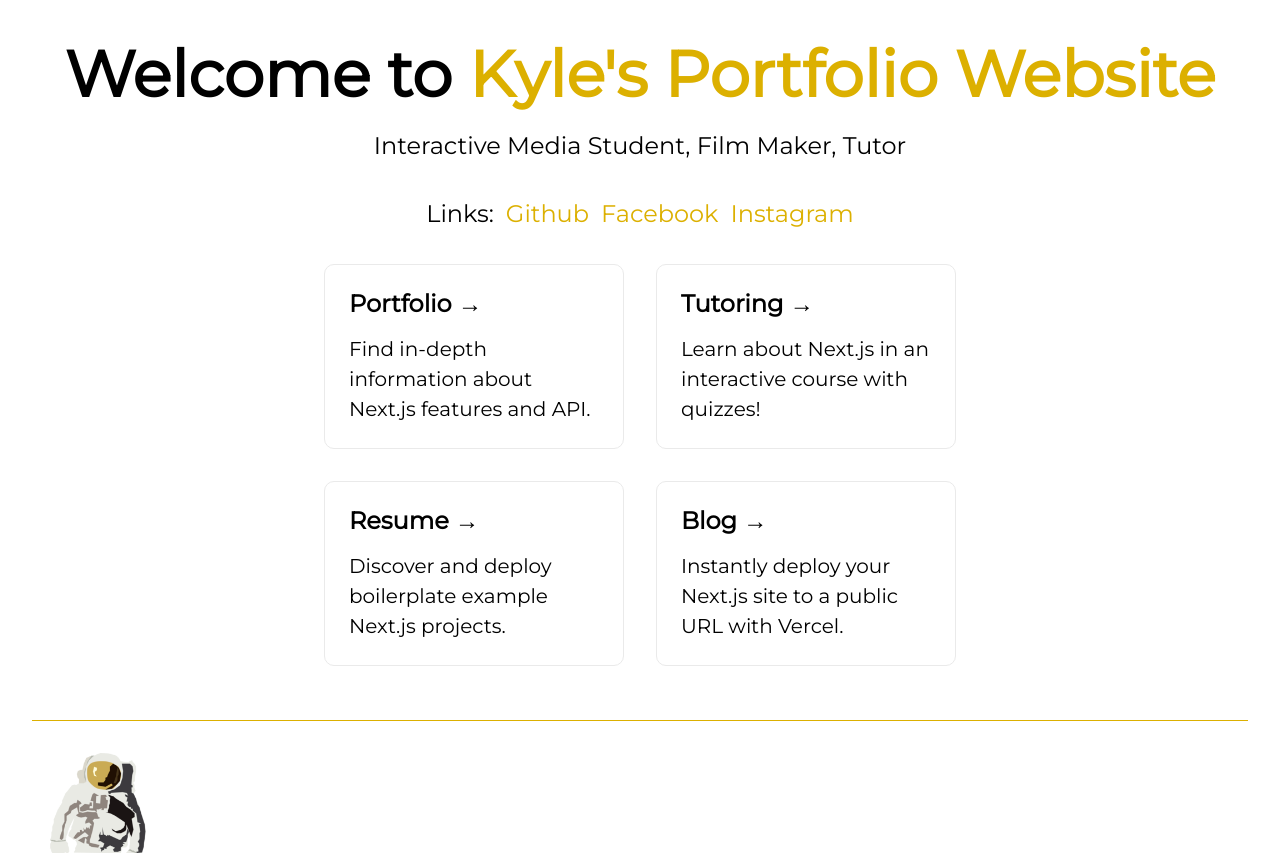
Repository: neomort/CL-portfolio-site
Page: /
The author's editor kept a copy of each file at every save. The page is drawn from the files as they stood at one save, then again after the next save.
The browser window is 1280 px wide. The pictures show the whole page.
The project was rebuilt for these pictures with package versions that can differ from the ones it lists, and the page was loaded fresh each time. The framework's server and built-in components were replaced by stand-ins that run in the browser. Also part of the build but not shown: next.config.js.

Above is the page before, as saved 2021-12-14 14:53:55.

### pages/_document.js
import Document, { Html, Head, Main, NextScript } from 'next/document'

class MyDocument extends Document {


  render() {
    return (
      <Html>
        <Head>
        <link rel="apple-touch-icon" sizes="180x180" href="/images/favicons/apple-touch-icon.png" />
        <link rel="icon" type="image/png" sizes="32x32" href="/images/favicons/favicon-32x32.png" />
        <link rel="icon" type="image/png" sizes="16x16" href="/images/favicons/favicon-16x16.png" />
        <link rel="manifest" href="/images/favicons//site.webmanifest" />
        <link rel="mask-icon" href="/safari-pinned-tab.svg" color="#5bbad5" />
        <meta name="msapplication-TileColor" content="#da532c" />
        <meta name="theme-color" content="#ffffff"></meta>

        <link href="https://fonts.googleapis.com/css2?family=Montserrat:wght@400&display=swap" rel="stylesheet"/>
        </Head>

        <body>
          <Main />
          <NextScript />
        </body>
      </Html>
    )
  }
}

export default MyDocument

### pages/index.js
import Head from 'next/head'
import Image from 'next/image'
import styles from '../styles/Home.module.css'

export default function Home() {
  return (
    <div className={styles.container}>
      <Head>
        <title>Kyle's Portfolio</title>
        <meta name="description" content="If you are reading this you are really impressive" />

      </Head>

      <main className={styles.main}>
        <h1 className={styles.title}>
          Welcome to <a href="https://kyleadams.com/">Kyle's Portfolio Website</a>
        </h1>

        <p className={styles.description}>
        Interactive Media Student, Film Maker, Tutor
        </p>

        <p className={styles.description}>
          Links:
          <a href="https://github.com/neomort">Github</a>
          <a href="https://github.com/neomort">Facebook</a>
          <a href="https://github.com/neomort">Instagram</a>
          {/* <code className={styles.code}>this is code</code> */}
        </p>

        <div className={styles.grid}>
          <a href="https://nextjs.org/docs" className={styles.card}>
            <h2>Portfolio &rarr;</h2>
            <p>Find in-depth information about Next.js features and API.</p>
          </a>

          <a href="https://nextjs.org/learn" className={styles.card}>
            <h2>Tutoring &rarr;</h2>
            <p>Learn about Next.js in an interactive course with quizzes!</p>
          </a>

          <a
            href="https://github.com/vercel/next.js/tree/master/examples"
            className={styles.card}
          >
            <h2>Resume &rarr;</h2>
            <p>Discover and deploy boilerplate example Next.js projects.</p>
          </a>

          <a
            href="https://vercel.com/new?utm_source=create-next-app&utm_medium=default-template&utm_campaign=create-next-app"
            className={styles.card}
          >
            <h2>Blog &rarr;</h2>
            <p>
              Instantly deploy your Next.js site to a public URL with Vercel.
            </p>
          </a>
        </div>
      </main>

      <footer className={styles.footer}>
        <a
          href="https://kyleadams.com/"
          target="_blank"
          rel="noopener noreferrer"
        >

          <span className={styles.logo}>
            <Image src="/images/favicons/apple-touch-icon.png" alt="Spaceman" width={100} height={100} />
          </span>
        </a>
      </footer>
    </div>
  )
}

### styles/globals.css
html,
body {
  padding: 0;
  margin: 0;
  font-family: 'Montserrat', sans-serif;
}

a {
  color: inherit;
  text-decoration: none;
}

* {
  box-sizing: border-box;
}

### styles/Home.module.css
.container {
  padding: 0 2rem;
}

.main {
  min-height: 100vh;
  padding: 2rem 0;
  flex: 1;
  display: flex;
  flex-direction: column;
  justify-content: center;
  align-items: center;
}

.footer {
  display: flex;
  flex: 1;
  padding: 2rem 0;
  border-top: 1px solid #dcb000;
  justify-content: left;
  align-items: center;
}

.footer a {
  display: flex;
  justify-content: left;
  align-items: center;
  flex-grow: 1;
}

.title a {
  color: #dcb000;
  text-decoration: none;
}

.title a:hover,
.title a:focus,
.title a:active {
  text-decoration: underline;
}

.title {
  margin: 0;
  line-height: 1.15;
  font-size: 4rem;
}

.title,
.description {
  text-align: center;
}

.description {
  margin: 1rem 0;
  line-height: 1.5;
  font-size: 1.5rem;
}

.description a{
  padding-left: 0.75rem;
  color: #dcb000;
  text-decoration: none;
}

.code {
  background: #fafafa;
  border-radius: 5px;
  padding: 0.75rem;
  font-size: 1.1rem;
  font-family: Menlo, Monaco, Lucida Console, Liberation Mono, DejaVu Sans Mono,
    Bitstream Vera Sans Mono, Courier New, monospace;
}

.grid {
  display: flex;
  align-items: center;
  justify-content: center;
  flex-wrap: wrap;
  max-width: 800px;
}

.card {
  margin: 1rem;
  padding: 1.5rem;
  text-align: left;
  color: inherit;
  text-decoration: none;
  border: 1px solid #eaeaea;
  border-radius: 10px;
  transition: color 0.15s ease, border-color 0.15s ease;
  max-width: 300px;
}

.card:hover,
.card:focus,
.card:active {
  color: #0070f3;
  border-color: #0070f3;
}

.card h2 {
  margin: 0 0 1rem 0;
  font-size: 1.5rem;
}

.card p {
  margin: 0;
  font-size: 1.25rem;
  line-height: 1.5;
}

.logo {
  height: 2em;
  margin-left: 1rem;
}

@media (max-width: 600px) {
  .grid {
    width: 100%;
    flex-direction: column;
  }
}

Loaded but not shown: pages/_app.js (common file)

After the next save:
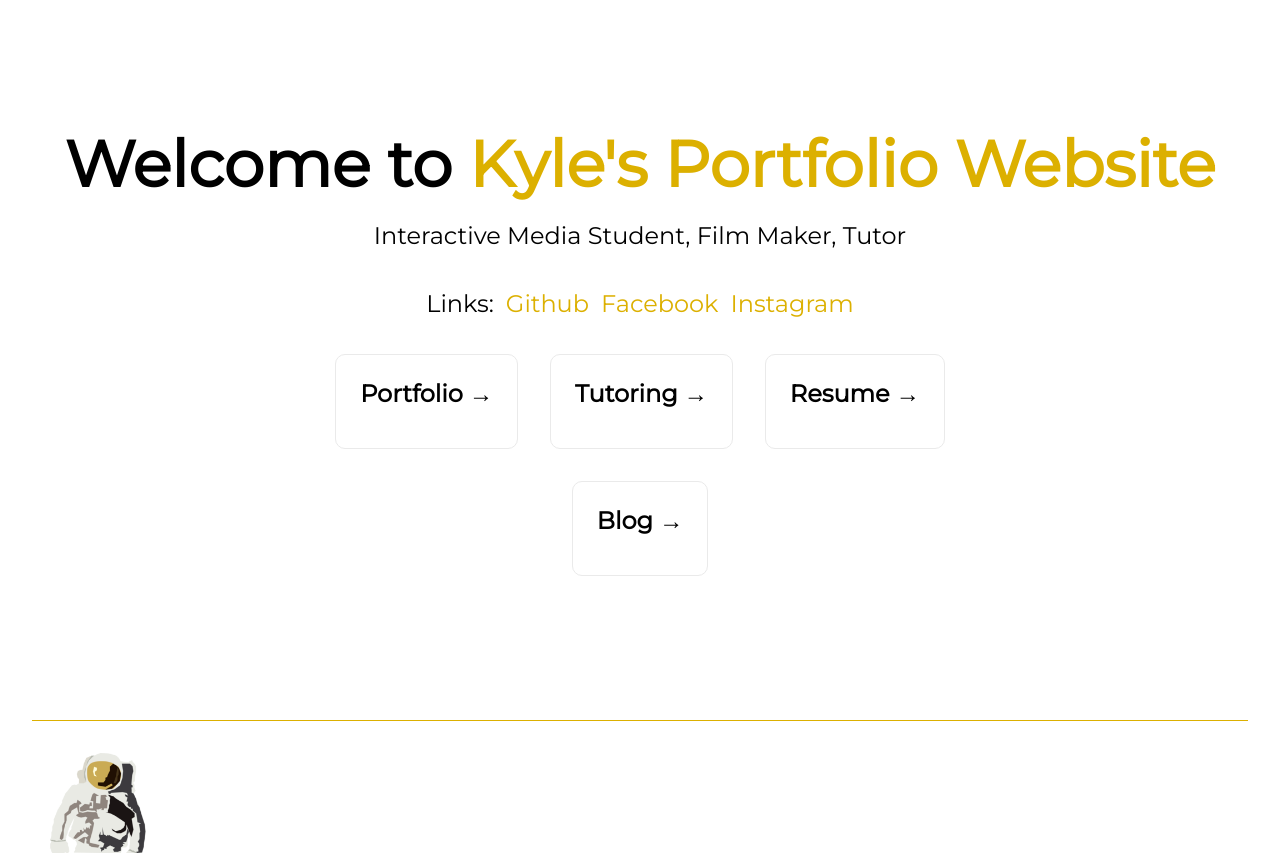
Saved 89 s later.
--- a/pages/index.js
+++ b/pages/index.js
@@ -31,12 +31,12 @@ export default function Home() {
         <div className={styles.grid}>
           <a href="https://nextjs.org/docs" className={styles.card}>
             <h2>Portfolio &rarr;</h2>
-            <p>Find in-depth information about Next.js features and API.</p>
+            <p></p>
           </a>
 
           <a href="https://nextjs.org/learn" className={styles.card}>
             <h2>Tutoring &rarr;</h2>
-            <p>Learn about Next.js in an interactive course with quizzes!</p>
+            <p></p>
           </a>
 
           <a
@@ -44,7 +44,7 @@ export default function Home() {
             className={styles.card}
           >
             <h2>Resume &rarr;</h2>
-            <p>Discover and deploy boilerplate example Next.js projects.</p>
+            <p></p>
           </a>
 
           <a
@@ -53,7 +53,7 @@ export default function Home() {
           >
             <h2>Blog &rarr;</h2>
             <p>
-              Instantly deploy your Next.js site to a public URL with Vercel.
+
             </p>
           </a>
         </div>
